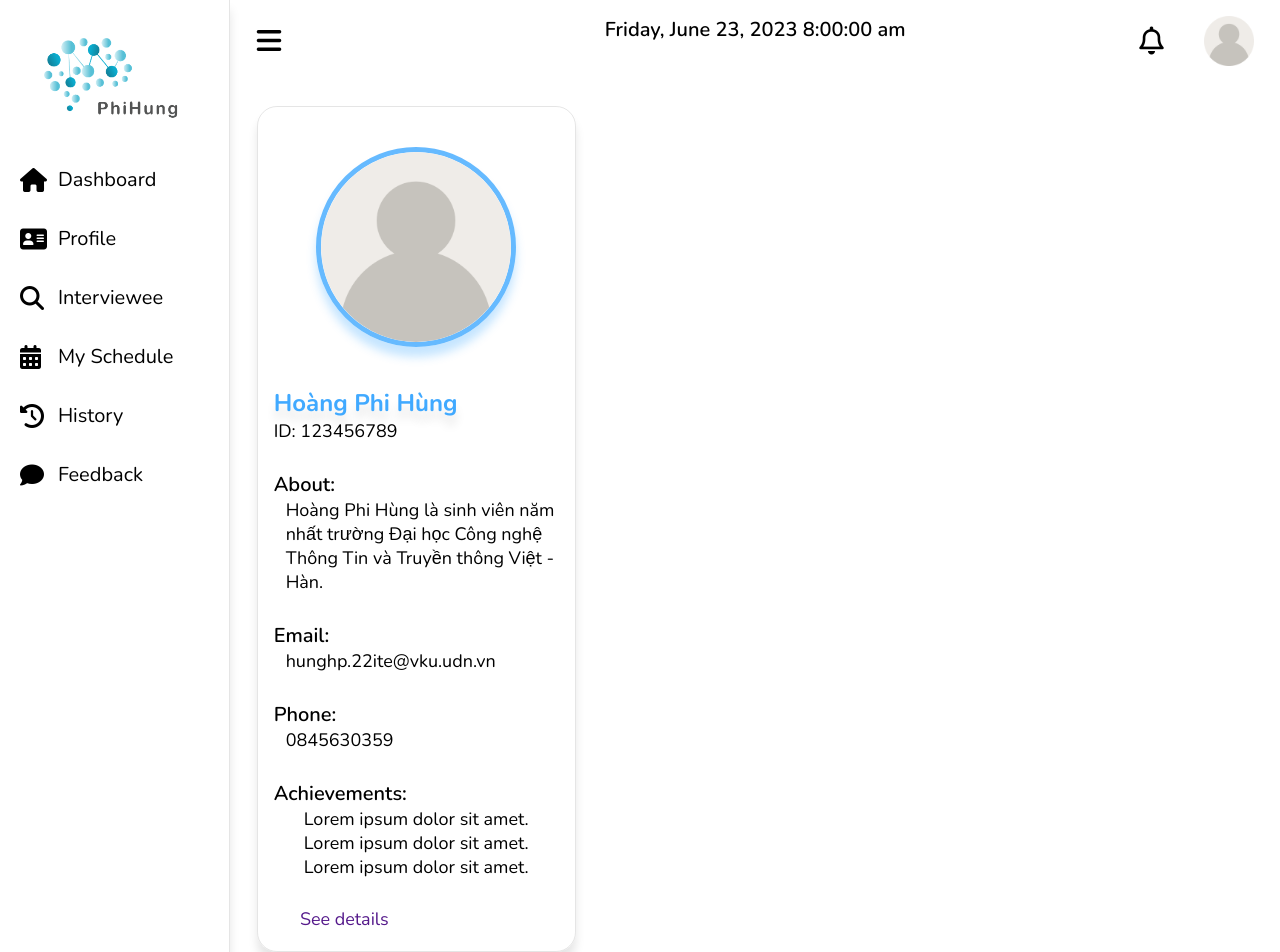
Repository: hphihungit/InterviewService
Page: interviewee.html
These files come from the project's save history. The page is drawn as it stood at one moment and after the next save; the edit follows.
The browser window is 1280 px wide. The pictures show the whole page.

Above is the page before, as saved 2023-06-01 00:28:20.

### interviewee.html
<!DOCTYPE html>
<html lang="en">
<head>
    <meta charset="UTF-8">
    <meta http-equiv="X-UA-Compatible" content="IE=edge">
    <meta name="viewport" content="width=device-width, initial-scale=1.0">
    <title>Document</title>
    <link rel="stylesheet" href="assets/css/grid.css">
    <link rel="stylesheet" href="assets/css/base.css">
    <link rel="stylesheet" href="https://cdnjs.cloudflare.com/ajax/libs/font-awesome/6.4.0/css/all.min.css" integrity="sha512-iecdLmaskl7CVkqkXNQ/ZH/XLlvWZOJyj7Yy7tcenmpD1ypASozpmT/E0iPtmFIB46ZmdtAc9eNBvH0H/ZpiBw==" crossorigin="anonymous" referrerpolicy="no-referrer"/>
    <link rel="preconnect" href="https://fonts.googleapis.com">
    <link rel="preconnect" href="https://fonts.gstatic.com" crossorigin>
    <link href="https://fonts.googleapis.com/css2?family=Nunito:wght@200;300;400;500;600;700;800;900;1000&display=swap" rel="stylesheet">
    <link rel="stylesheet" href="assets/css/interviewee.css">
</head>
<body>
    <div id="main">
        <div class="dashboard">
            <div class="dashboard__logo"></div>
            <ul class="dashboard__list">
                <li class="dashboard__item">
                    <a href="" class="icon__link">
                        <i class="fa-solid fa-house"></i>
                    </a>
                    <a href="" class="link">Dashboard</a>
                </li>
                <li class="dashboard__item">
                    <a href="" class="icon__link">
                        <i class="fa-solid fa-address-card"></i>
                    </a>
                    <a href="" class="link">Profile</a>
                </li>
                <li class="dashboard__item">
                    <a href="" class="icon__link">
                        <i class="fa-solid fa-magnifying-glass"></i>
                    </a>
                    <a href="" class="link">Interviewee</a>
                </li>
                <li class="dashboard__item">
                    <a href="" class="icon__link">
                        <i class="fa-solid fa-calendar-days"></i>
                    </a>
                    <a href="" class="link">My Schedule</a>
                </li>
                <li class="dashboard__item">
                    <a href="" class="icon__link">
                        <i class="fa-solid fa-clock-rotate-left"></i>
                    </a>
                    <a href="" class="link">History</a>
                </li>
                <li class="dashboard__item">
                    <a href="" class="icon__link">
                        <i class="fa-solid fa-comment"></i>
                    </a>
                    <a href="" class="link">Feedback</a>
                </li>
            </ul>
        </div>

        <div class="container">
            <div class="header">
                <div class="header__icon">
                    <label class="fa-solid fa-bars header__label"></label>
                </div>

                <div class="header__time">
                    Friday, June 23, 2023 8:00:00 am
                </div>

                <div class="header__news">
                    <label class="fa-regular fa-bell header__label--bell"></label>
                    <div class="header__avatar">
                        <img src="assets/img/user.png" alt="">
                    </div>
                </div>
            </div>

            <div class="about">
                <div class="cv">
                    <div class="cv__avatar">
                        <img src="assets/img/user.png" alt="">
                    </div>

                    <div class="cv__name">
                        <p class="cv__name--interviewee">Hoàng Phi Hùng</p>
                        <p class="cv__id">ID: 123456789</p>
                    </div>

                    <div class="cv__about">
                        <p class="cv__about--title">About: </p>
                        <p class="cv__about--content">
                            Hoàng Phi Hùng là sinh viên năm nhất trường Đại học Công nghệ Thông Tin và Truyền thông Việt - Hàn.
                        </p>
                    </div>

                    <div class="cv__email">
                        <p class="cv__email--title">Email: </p>
                        <p class="cv__email--content">hunghp.22ite@vku.udn.vn</p>
                    </div>

                    <div class="cv__phone">
                        <p class="cv__phone--title">Phone: </p>
                        <p class="cv__phone--content">0845630359</p>
                    </div>

                    <div class="cv__info">
                        <p class="cv__info--title">Achievements: </p>
                        <ul class="cv__info--list">
                            <li class="cv__info--item">Lorem ipsum dolor sit amet.</li>
                            <li class="cv__info--item">Lorem ipsum dolor sit amet.</li>
                            <li class="cv__info--item">Lorem ipsum dolor sit amet.</li>
                        </ul>
                    </div>

                    <div class="cv__all">
                        <a href="" class="btn--cv--all">See details</a>
                    </div>
                </div>

                <div class="info">

                </div>
            </div>
        </div>
    </div>
</body>
</html>

### assets/css/grid.css
.grid {
    width: 90%;
    display: block;
    padding: 0;
    margin: 0 auto;
}

.row {
    display: flex;
    flex-wrap: wrap;
    margin-left: -4px;
    margin-right: -4px;
}

.row.no-gutters {
    margin-left: 0;
    margin-right: 0;
}

.col {
    padding-left: 4px;
    padding-right: 4px;
}

.row.no-gutters .col {
    padding-left: 0;
    padding-right: 0;
}

.c-0 {
    display: none;
}

.c-1 {
    flex: 0 0 8.33333%;
    max-width: 8.33333%;
}

.c-2 {
    flex: 0 0 16.66667%;
    max-width: 16.66667%;
}

.c-3 {
    flex: 0 0 25%;
    max-width: 25%;
}

.c-4 {
    flex: 0 0 33.33333%;
    max-width: 33.33333%;
}

.c-5 {
    flex: 0 0 41.66667%;
    max-width: 41.66667%;
}

.c-6 {
    flex: 0 0 50%;
    max-width: 50%;
}

.c-7 {
    flex: 0 0 58.33333%;
    max-width: 58.33333%;
}

.c-8 {
    flex: 0 0 66.66667%;
    max-width: 66.66667%;
}

.c-9 {
    flex: 0 0 75%;
    max-width: 75%;
}

.c-10 {
    flex: 0 0 83.33333%;
    max-width: 83.33333%;
}

.c-11 {
    flex: 0 0 91.66667%;
    max-width: 91.66667%;
}

.c-12 {
    flex: 0 0 100%;
    max-width: 100%;
}

.c-o-1 {
    margin-left: 8.33333%;
}

.c-o-2 {
    margin-left: 16.66667%;
}

.c-o-3 {
    margin-left: 25%;
}

.c-o-4 {
    margin-left: 33.33333%;
}

.c-o-5 {
    margin-left: 41.66667%;
}

.c-o-6 {
    margin-left: 50%;
}

.c-o-7 {
    margin-left: 58.33333%;
}

.c-o-8 {
    margin-left: 66.66667%;
}

.c-o-9 {
    margin-left: 75%;
}

.c-o-10 {
    margin-left: 83.33333%;
}

.c-o-11 {
    margin-left: 91.66667%;
}

/* >= Tablet */
@media (min-width: 740px) {
    .row {
        margin-left: -8px;
        margin-right: -8px;
    }

    .col {
        padding-left: 8px;
        padding-right: 8px;
    }

    .m-0 {
        display: none;
    }

    .m-1,
    .m-2,
    .m-3,
    .m-4,
    .m-5,
    .m-6,
    .m-7,
    .m-8,
    .m-9,
    .m-10,
    .m-11,
    .m-12 {
        display: block;
    }

    .m-1 {
        flex: 0 0 8.33333%;
        max-width: 8.33333%;
    }

    .m-2 {
        flex: 0 0 16.66667%;
        max-width: 16.66667%;
    }

    .m-3 {
        flex: 0 0 25%;
        max-width: 25%;
    }

    .m-4 {
        flex: 0 0 33.33333%;
        max-width: 33.33333%;
    }

    .m-5 {
        flex: 0 0 41.66667%;
        max-width: 41.66667%;
    }

    .m-6 {
        flex: 0 0 50%;
        max-width: 50%;
    }

    .m-7 {
        flex: 0 0 58.33333%;
        max-width: 58.33333%;
    }

    .m-8 {
        flex: 0 0 66.66667%;
        max-width: 66.66667%;
    }

    .m-9 {
        flex: 0 0 75%;
        max-width: 75%;
    }

    .m-10 {
        flex: 0 0 83.33333%;
        max-width: 83.33333%;
    }

    .m-11 {
        flex: 0 0 91.66667%;
        max-width: 91.66667%;
    }

    .m-12 {
        flex: 0 0 100%;
        max-width: 100%;
    }

    .m-o-1 {
        margin-left: 8.33333%;
    }

    .m-o-2 {
        margin-left: 16.66667%;
    }

    .m-o-3 {
        margin-left: 25%;
    }

    .m-o-4 {
        margin-left: 33.33333%;
    }

    .m-o-5 {
        margin-left: 41.66667%;
    }

    .m-o-6 {
        margin-left: 50%;
    }

    .m-o-7 {
        margin-left: 58.33333%;
    }

    .m-o-8 {
        margin-left: 66.66667%;
    }

    .m-o-9 {
        margin-left: 75%;
    }

    .m-o-10 {
        margin-left: 83.33333%;
    }

    .m-o-11 {
        margin-left: 91.66667%;
    }
}

/* PC medium resolution > */
@media (min-width: 1113px) {
    .row {
        margin-left: -12px;
        margin-right: -12px;
    }

    .row.sm-gutter {
        margin-left: -5px;
        margin-right: -5px;
    }

    .col {
        padding-left: 12px;
        padding-right: 12px;
    }

    .row.sm-gutter .col {
        padding-left: 5px;
        padding-right: 5px;
    }

    .l-0 {
        display: none;
    }

    .l-1,
    .l-2,
    .l-2-4,
    .l-3,
    .l-4,
    .l-5,
    .l-6,
    .l-7,
    .l-8,
    .l-9,
    .l-10,
    .l-11,
    .l-12 {
        display: block;
    }

    .l-1 {
        flex: 0 0 8.33333%;
        max-width: 8.33333%;
    }

    .l-2 {
        flex: 0 0 16.66667%;
        max-width: 16.66667%;
    }

    .l-2-4 {
        flex: 0 0 20%;
        max-width: 20%;
    }

    .l-3 {
        flex: 0 0 25%;
        max-width: 25%;
    }

    .l-4 {
        flex: 0 0 33.33333%;
        max-width: 33.33333%;
    }

    .l-5 {
        flex: 0 0 41.66667%;
        max-width: 41.66667%;
    }

    .l-6 {
        flex: 0 0 50%;
        max-width: 50%;
    }

    .l-7 {
        flex: 0 0 58.33333%;
        max-width: 58.33333%;
    }

    .l-8 {
        flex: 0 0 66.66667%;
        max-width: 66.66667%;
    }

    .l-9 {
        flex: 0 0 75%;
        max-width: 75%;
    }

    .l-10 {
        flex: 0 0 83.33333%;
        max-width: 83.33333%;
    }

    .l-11 {
        flex: 0 0 91.66667%;
        max-width: 91.66667%;
    }

    .l-12 {
        flex: 0 0 100%;
        max-width: 100%;
    }

    .l-o-1 {
        margin-left: 8.33333%;
    }

    .l-o-2 {
        margin-left: 16.66667%;
    }

    .l-o-3 {
        margin-left: 25%;
    }

    .l-o-4 {
        margin-left: 33.33333%;
    }

    .l-o-5 {
        margin-left: 41.66667%;
    }

    .l-o-6 {
        margin-left: 50%;
    }

    .l-o-7 {
        margin-left: 58.33333%;
    }

    .l-o-8 {
        margin-left: 66.66667%;
    }

    .l-o-9 {
        margin-left: 75%;
    }

    .l-o-10 {
        margin-left: 83.33333%;
    }

    .l-o-11 {
        margin-left: 91.66667%;
    }
}

/* Tablet - PC low resolution */
@media (min-width: 740px) and (max-width: 1023px) {
    .wide {
        width: 644px;
    }
}

/* > PC low resolution */
@media (min-width: 1024px) and (max-width: 1239px) {
    .wide {
        width: 984px;
    }

    .wide .row {
        margin-left: -12px;
        margin-right: -12px;
    }

    .wide .row.sm-gutter {
        margin-left: -5px;
        margin-right: -5px;
    }

    .wide .col {
        padding-left: 12px;
        padding-right: 12px;
    }

    .wide .row.sm-gutter .col {
        padding-left: 5px;
        padding-right: 5px;
    }

    .wide .l-0 {
        display: none;
    }

    .wide .l-1,
    .wide .l-2,
    .wide .l-2-4,
    .wide .l-3,
    .wide .l-4,
    .wide .l-5,
    .wide .l-6,
    .wide .l-7,
    .wide .l-8,
    .wide .l-9,
    .wide .l-10,
    .wide .l-11,
    .wide .l-12 {
        display: block;
    }

    .wide .l-1 {
        flex: 0 0 8.33333%;
        max-width: 8.33333%;
    }

    .wide .l-2 {
        flex: 0 0 16.66667%;
        max-width: 16.66667%;
    }

    .wide .l-2-4 {
        flex: 0 0 20%;
        max-width: 20%;
    }

    .wide .l-3 {
        flex: 0 0 25%;
        max-width: 25%;
    }

    .wide .l-4 {
        flex: 0 0 33.33333%;
        max-width: 33.33333%;
    }

    .wide .l-5 {
        flex: 0 0 41.66667%;
        max-width: 41.66667%;
    }

    .wide .l-6 {
        flex: 0 0 50%;
        max-width: 50%;
    }

    .wide .l-7 {
        flex: 0 0 58.33333%;
        max-width: 58.33333%;
    }

    .wide .l-8 {
        flex: 0 0 66.66667%;
        max-width: 66.66667%;
    }

    .wide .l-9 {
        flex: 0 0 75%;
        max-width: 75%;
    }

    .wide .l-10 {
        flex: 0 0 83.33333%;
        max-width: 83.33333%;
    }

    .wide .l-11 {
        flex: 0 0 91.66667%;
        max-width: 91.66667%;
    }

    .wide .l-12 {
        flex: 0 0 100%;
        max-width: 100%;
    }

    .wide .l-o-1 {
        margin-left: 8.33333%;
    }

    .wide .l-o-2 {
        margin-left: 16.66667%;
    }

    .wide .l-o-3 {
        margin-left: 25%;
    }

    .wide .l-o-4 {
        margin-left: 33.33333%;
    }

    .wide .l-o-5 {
        margin-left: 41.66667%;
    }

    .wide .l-o-6 {
        margin-left: 50%;
    }

    .wide .l-o-7 {
        margin-left: 58.33333%;
    }

    .wide .l-o-8 {
        margin-left: 66.66667%;
    }

    .wide .l-o-9 {
        margin-left: 75%;
    }

    .wide .l-o-10 {
        margin-left: 83.33333%;
    }

    .wide .l-o-11 {
        margin-left: 91.66667%;
    }
}

### assets/css/base.css
:root {
    --white-color: #fff;
    --black-color: #000;
    --blue-color : #40a9ff;
    --text-color: #8f8f8f;
    --scale: 1px;
}

* {
    padding: 0;
    margin: 0;
    box-sizing: border-box;
    text-decoration: none;
    list-style-type: none;
}

html, body {
    font-size: 18px;
    font-family: 'Nunito', sans-serif;
    scroll-behavior: smooth;
}

### assets/css/interviewee.css
#main {
    width: 100%;
    display: flex;
}

.dashboard {
    width: 18%;
    min-height: 0;
    border-right: 1px solid rgba(0, 0, 0, 0.1);
    box-shadow: 0 10px 10px rgba(0, 0, 0, 0.1);
}

.dashboard__logo {
    width: 100%;
    height: 150px;
    background-image: url('../img/logo.png');
    background-repeat: no-repeat;
    background-size: 50%;
    background-size: 62%;
    background-position: 50% 85%;
}

.dashboard__list {
    width: 100%;
}

.dashboard__item {
    border-radius: 25px 0 0 25px;
    display: flex;
    width: 100%;
    padding: 0px 20px;
}

.dashboard__item:hover {
    background-color: var(--blue-color);
}

.dashboard__item:hover .link,
.dashboard__item:hover .icon__link {
    color: #fff;
}

.icon__link {
    display: flex;
    align-items: center;
    width: 20%;
    font-size: 24px;
    color: #000;
}

.link {
    display: inline-block;
    width: 80%;
    font-size: 20px;
    padding: 16px 0px;
    color: #000;
}

.container {
    width: 82%;
}

.header {
    width: 95%;
    margin: 0 auto;
    display: flex;
    justify-content: space-between;
    margin-top: 16px;
}

.header__icon {
    width: 32%;
    display: flex;
    justify-content: space-between;
    align-items: center;
}

.header__label {
    font-size: 28px;
}

.header__time {
    width: 32%;
    text-align: center;
    font-size: 20px;
    font-weight: 600;
}

.header__news {
    width: 32%;
    display: flex;
    justify-content: flex-end;
    align-items: center;
}

.header__label--bell {
    font-size: 28px;
    position: relative;
    padding-right: 40px;
}

.header__avatar {
    display: flex;
    justify-content: flex-end;
    align-items: center;
}

.header__avatar img {
    width: 50px;
    height: 50px;
}

.about {
    display: flex;
    width: 95%;
    margin: 0 auto;
    margin-top: 40px;
}

.cv {
    width: 32%;
    border: 1px solid rgba(0, 0, 0, 0.1);
    border-radius: 20px;
    box-shadow: 0 10px 10px rgba(0, 0, 0, 0.1);
    padding: 0px 16px;
}

.cv__avatar {
    width: 100%;
    display: flex;
    justify-content: center;
    align-items: center;
    padding: 20px 0px;
    padding-top: 40px;
}

.cv__avatar img {
    width: 200px;
    height: 200px;
    border: 5px solid rgba(64, 169, 255, 0.8);
    border-radius: 50%;
    box-shadow: 0 10px 10px rgba(64, 169, 255, 0.3);;
}

.cv__name,
.cv__about,
.cv__email,
.cv__phone,
.cv__info {
    width: 100%;
    margin-top: 20px;
    margin-bottom: 28px;
}

.cv__name--interviewee {
    font-size: 24px;
    font-weight: 700;
    text-shadow: 0 10px 10px rgba(0, 0, 0, 0.1);
    color: var(--blue-color);
}

.cv__about--title,
.cv__email--title,
.cv__phone--title,
.cv__info--title {
    font-size: 20px;
    font-weight: 600;
}

.cv__about--content,
.cv__email--content,
.cv__phone--content {
    padding-left: 12px;
}

.cv__info--item {
    text-align: center;
}

.cv__all {
    width: 90%;
    margin: 0 auto;
    margin-bottom: 20px;
}

.btn--cv--all {
    padding: 8px 12px;
    border-radius: 20px;
}

After the next save:
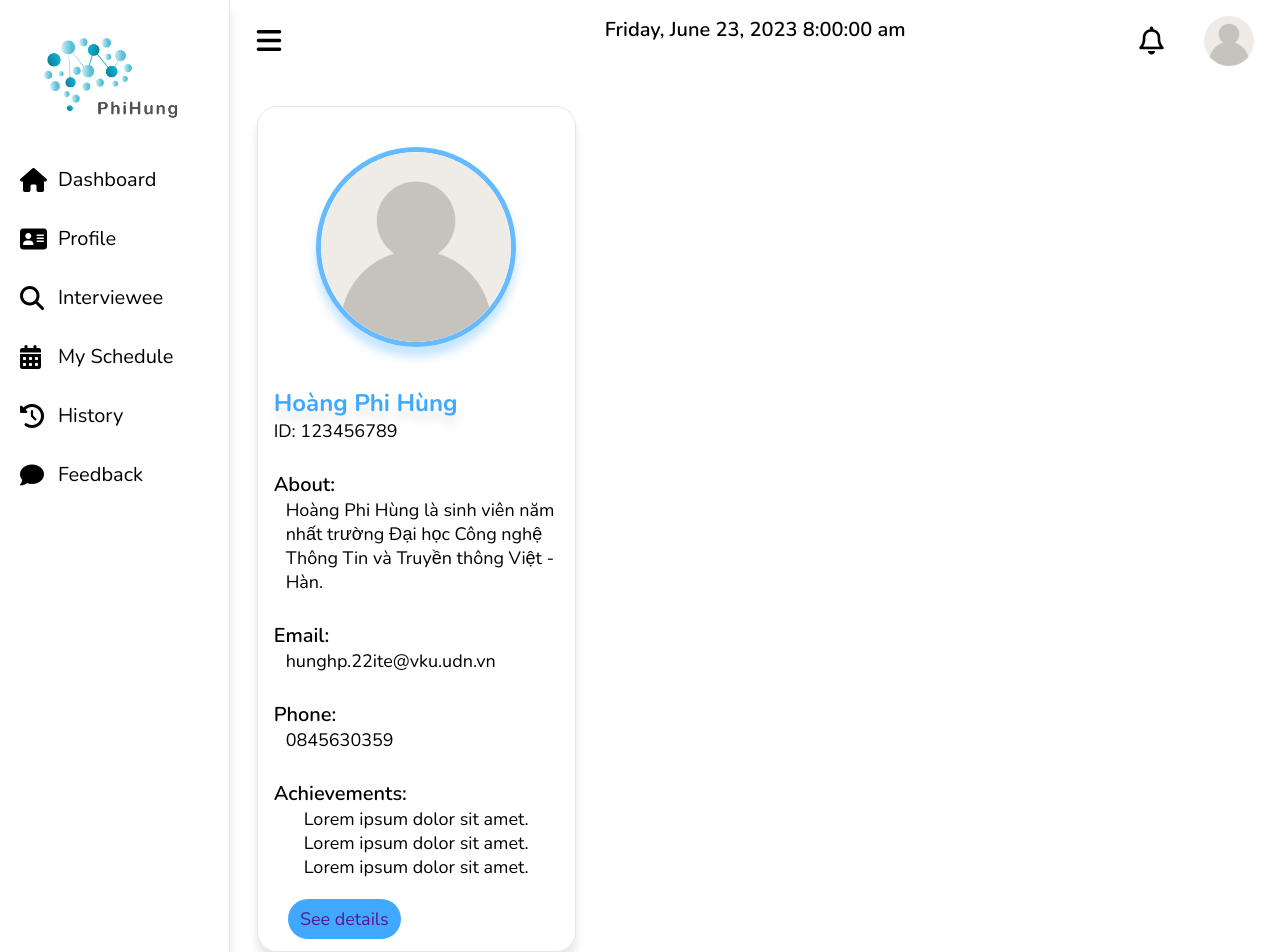
Saved 6 s later.
--- a/assets/css/interviewee.css
+++ b/assets/css/interviewee.css
@@ -186,4 +186,5 @@
 .btn--cv--all {
     padding: 8px 12px;
     border-radius: 20px;
+    background-color: var(--blue-color);
 }
